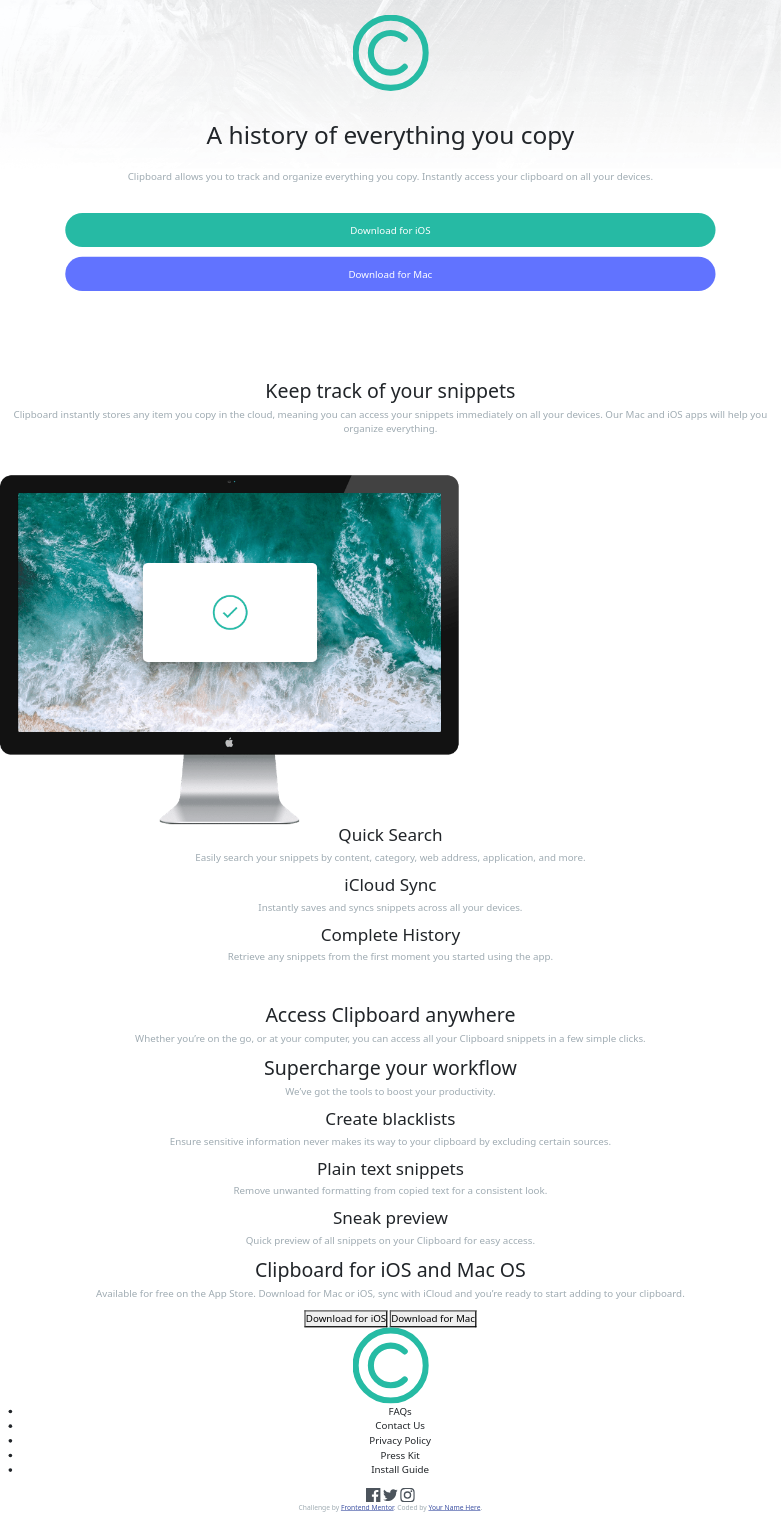
Repository: blordeus/clipboard-landing-page-master
Page: index.html
The author's editor kept a copy of each file at every save. The page is drawn from the files as they stood at one save, then again after the next save.
The browser window is 1280 px wide. The pictures show the whole page, at 61% of full size.
Some web fonts or font styles are not loaded; a fallback is used. The style sheet was rebuilt from its Sass, Less or Tailwind sources for each picture, by a compiler version that may differ from the author's.

Above is the page before, as saved 2023-09-04 11:39:36.

After the next save:
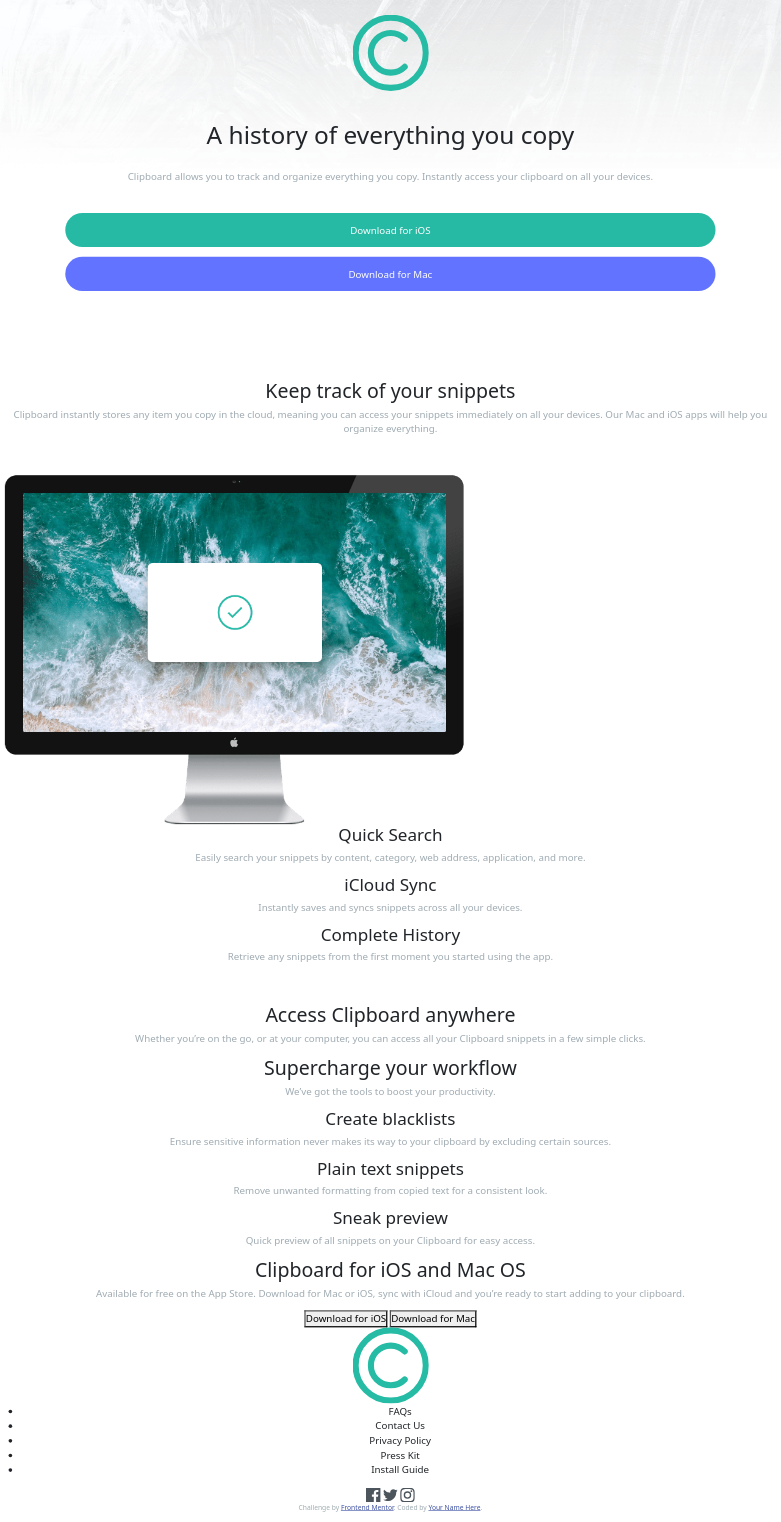
Saved 12 s later.
--- a/index.html
+++ b/index.html
@@ -35,7 +35,7 @@
       devices. Our Mac and iOS apps will help you organize everything.
     </p>
 
-    <section class="d-grid pb-5">
+    <section class="d-grid pb-5 mx-2">
       <img class="img-fluid" src="./images/image-computer.png" alt="computer">
       <div>
         <h3>Quick Search</h3>
